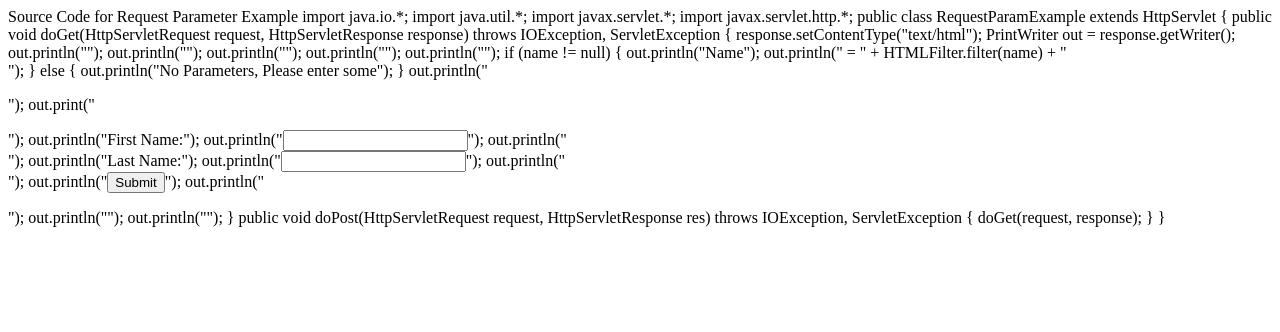
Repository: umng/Learn-to-Program
Page: Java/CTS_SFDC/workspace/Validate Player details/WebContent/index.html
These files come from the project's save history. The page is drawn as it stood at one moment and after the next save; the edit follows.
The browser window is 1280 px wide. The pictures show the whole page.

Above is the page before, as saved 2017-02-23 08:12:19.

After the next save:
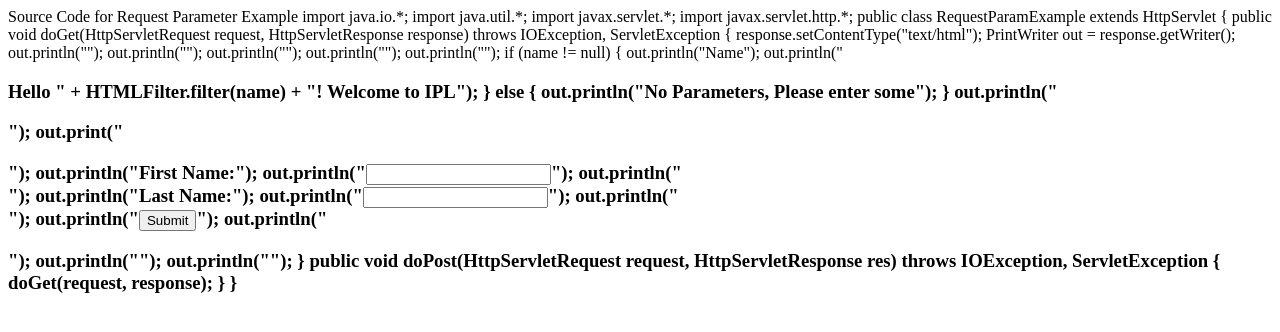
Saved 77 s later.
--- a/Java/CTS_SFDC/workspace/Validate Player details/WebContent/index.html
+++ b/Java/CTS_SFDC/workspace/Validate Player details/WebContent/index.html
@@ -20,7 +20,7 @@
         out.println("<body>");
         if (name != null) {
             out.println("Name");
-            out.println(" = " + HTMLFilter.filter(name) + "<br>");
+            out.println("<h3>Hello " + HTMLFilter.filter(name) + "! Welcome to IPL");
         } else {
             out.println("No Parameters, Please enter some");
         }
